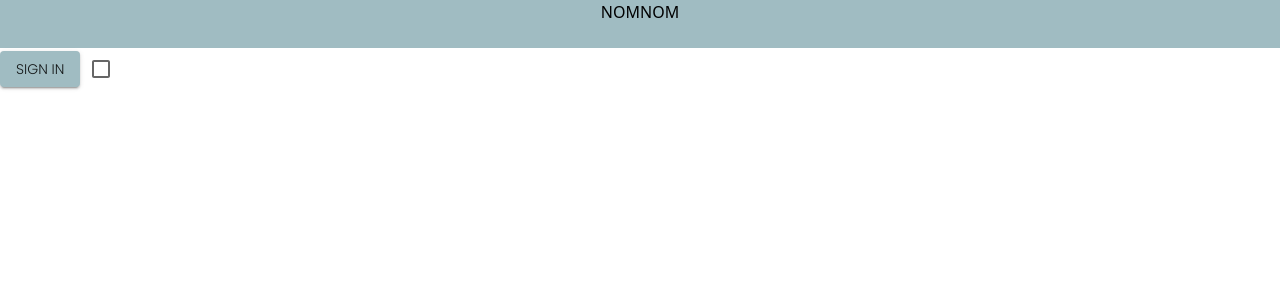
Repository: namphextra/portfolio
Page: /admin/login
These files come from the project's save history. The page is drawn as it stood at one moment and after the next save; the edit follows.
The browser window is 1280 px wide. The pictures show the whole page.
The page's requests for data from a server got no answer. The project was rebuilt for these pictures with package versions that can differ from the ones it lists, and the page was loaded fresh each time. The framework's server and built-in components were replaced by stand-ins that run in the browser. No one was signed in, and anything a server would have sent is missing. Also part of the build but not shown: next.config.js.

Above is the page before, as saved 2023-02-15 17:09:00.

### src/app/layout.tsx
"use client";

import { SessionProvider } from "next-auth/react";
import { createTheme, ThemeProvider } from "@mui/material/styles";
import { Dancing_Script, Poppins } from "@next/font/google";
import "./global.css";

const dancingFont = Dancing_Script({
  weight: "400",
  subsets: ["latin"],
  variable: "--font-dancing",
  display: "swap",
});
const font = Poppins({
  weight: "300",
  subsets: ["latin"],
});

const theme = createTheme({
  typography: {
    fontFamily: ["Poppins", "sans-serif"].join(","),
  },
  palette: {
    primary: {
      main: "#A0BCC2",
      light: "#A0BCC2",
    },
    secondary: {
      main: "#A0BCC2",
      light: "#A0BCC2",
    },
  },
});

export default function RootLayout({
  children,
}: {
  children: React.ReactNode;
}) {
  return (
    <html lang="en">
      {/*
        <head /> will contain the components returned by the nearest parent
        head.tsx. Find out more at https://beta.nextjs.org/docs/api-reference/file-conventions/head
      */}
      <head />
      <body className={`${font.className} ${dancingFont.variable}`}>
        <ThemeProvider theme={theme}>
          <SessionProvider>{children}</SessionProvider>
        </ThemeProvider>
      </body>
    </html>
  );
}

### src/app/admin/layout.tsx
"use client";
import { css } from "@emotion/css";
import { styled } from "@mui/system";

export default function RootLayout({
  children,
}: {
  children: React.ReactNode;
}) {
  const Header = styled("header")(({ theme }) => ({
    backgroundColor: theme.palette.primary.main,
  }));
  return (
    <>
      <Header className="w-full h-12">
        <p className="font-dancing text-center">NOMNOM</p>
      </Header>
      {children}
    </>
  );
}

### src/app/admin/login/layout.tsx
"use client";
export default function RootLayout({
  children,
}: {
  children: React.ReactNode;
}) {
  return (
    <html lang="en">
      {/*
        <head /> will contain the components returned by the nearest parent
        head.tsx. Find out more at https://beta.nextjs.org/docs/api-reference/file-conventions/head
      */}
      <head />
      <body>{children}</body>
    </html>
  );
}

### src/app/admin/login/page.tsx
"use client";
import Image from "next/image";
import { Button, Checkbox } from "@mui/material";
import { signIn, useSession, signOut } from "next-auth/react";
import { useState } from "react";

export default function Login() {
  const { data: session } = useSession();
  const [showComponent, setShowComponent] = useState(false);
  return (
    <div className="admin">
      {session && (
        <>
          Signed in as {session?.user?.email} <br />
          {session?.user?.name}
          <Image
            src={session?.user?.image || ""}
            alt=""
            width={100}
            height={100}
          />
        </>
      )}
      {!session ? (
        <Button variant="contained" onClick={() => signIn()}>
          Sign in
        </Button>
      ) : (
        <Button variant="contained" onClick={() => signOut()}>
          Log out
        </Button>
      )}
      <Checkbox
        checked={showComponent}
        onChange={() => setShowComponent(!showComponent)}
      />
    </div>
  );
}

### tailwind.config.js
/** @type {import('tailwindcss').Config} */

module.exports = {
  content: [
    "./src/**/*.{js,jsx,ts,tsx}",
  ],
  theme: {
    colors: {
      primary: '#A0BCC2',
      secondary: '#F9EBC8',
    },
    extend: {
      fontFamily: {
        dancing: ['var(--font-dancing)'],
      },
    },
  },
  plugins: [],
  // Gen all class when in development mode
  ...(process.env.NODE_ENV == 'development') && {
    safelist: [
      { pattern: /.*/ },
    ],
  },
}

Loaded but not shown: src/app/global.css (common file)

After the next save:
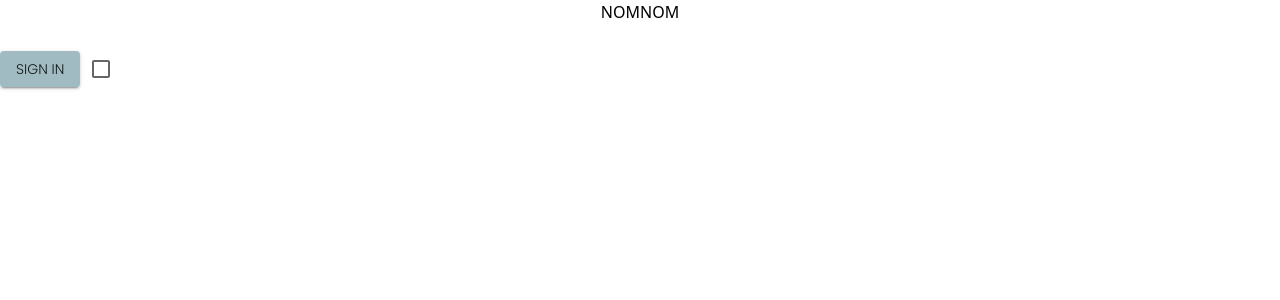
Saved 2 min 28 s later.
--- a/src/app/admin/layout.tsx
+++ b/src/app/admin/layout.tsx
@@ -1,20 +1,15 @@
 "use client";
-import { css } from "@emotion/css";
-import { styled } from "@mui/system";
 
 export default function RootLayout({
   children,
 }: {
   children: React.ReactNode;
 }) {
-  const Header = styled("header")(({ theme }) => ({
-    backgroundColor: theme.palette.primary.main,
-  }));
   return (
     <>
-      <Header className="w-full h-12">
+      <header className="w-full h-12 background-primary">
         <p className="font-dancing text-center">NOMNOM</p>
-      </Header>
+      </header>
       {children}
     </>
   );

After the save that followed:
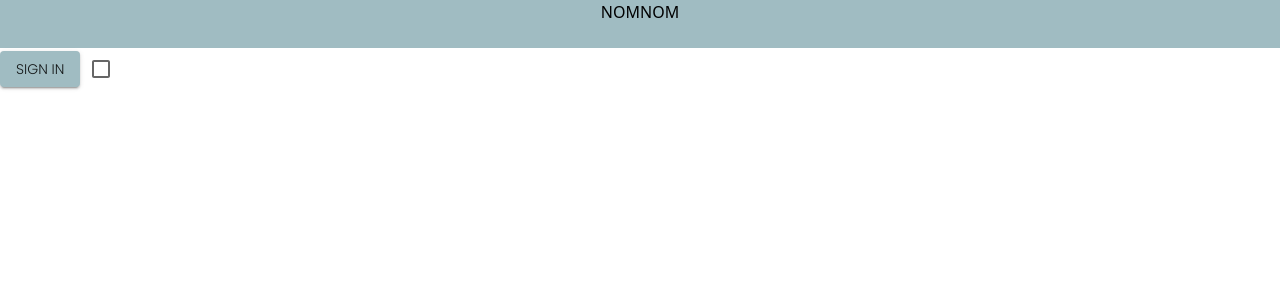
Saved 5 s later.
--- a/src/app/admin/layout.tsx
+++ b/src/app/admin/layout.tsx
@@ -7,7 +7,7 @@
 }) {
   return (
     <>
-      <header className="w-full h-12 background-primary">
+      <header className="w-full h-12 bg-primary">
         <p className="font-dancing text-center">NOMNOM</p>
       </header>
       {children}
